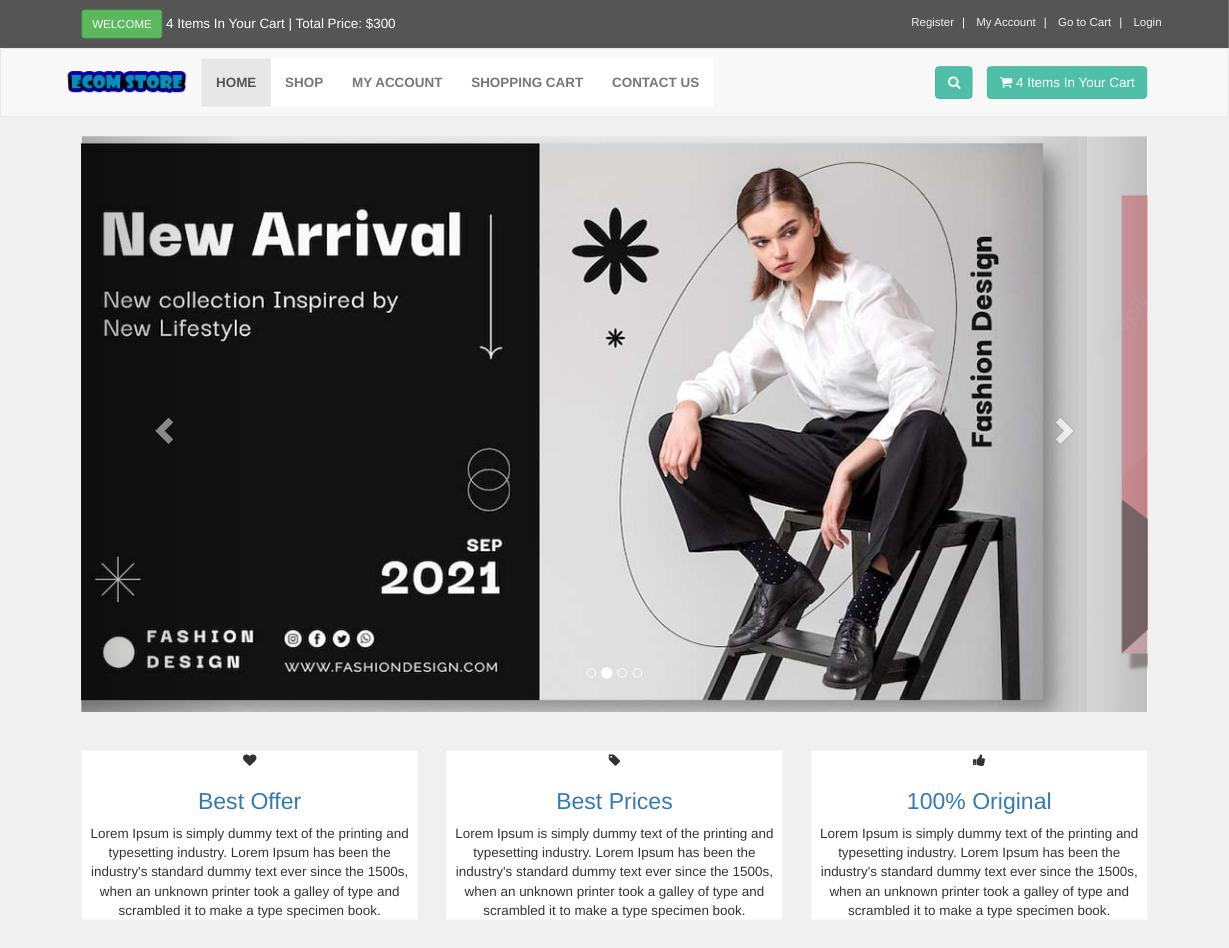
Repository: truonghuynhquy/M_Dev_Store
Page: http://localhost/
These files come from the project's save history. The page is drawn as it stood at one moment and after the next save; the edit follows.
The browser window is 1280 px wide. The pictures show the whole page, at 96% of full size.
The page is run by PHP 8.4 with error messages shown; the project is at /var/www/html/.

Above is the page before, as saved 2022-09-22 12:41:22.

After the next save:
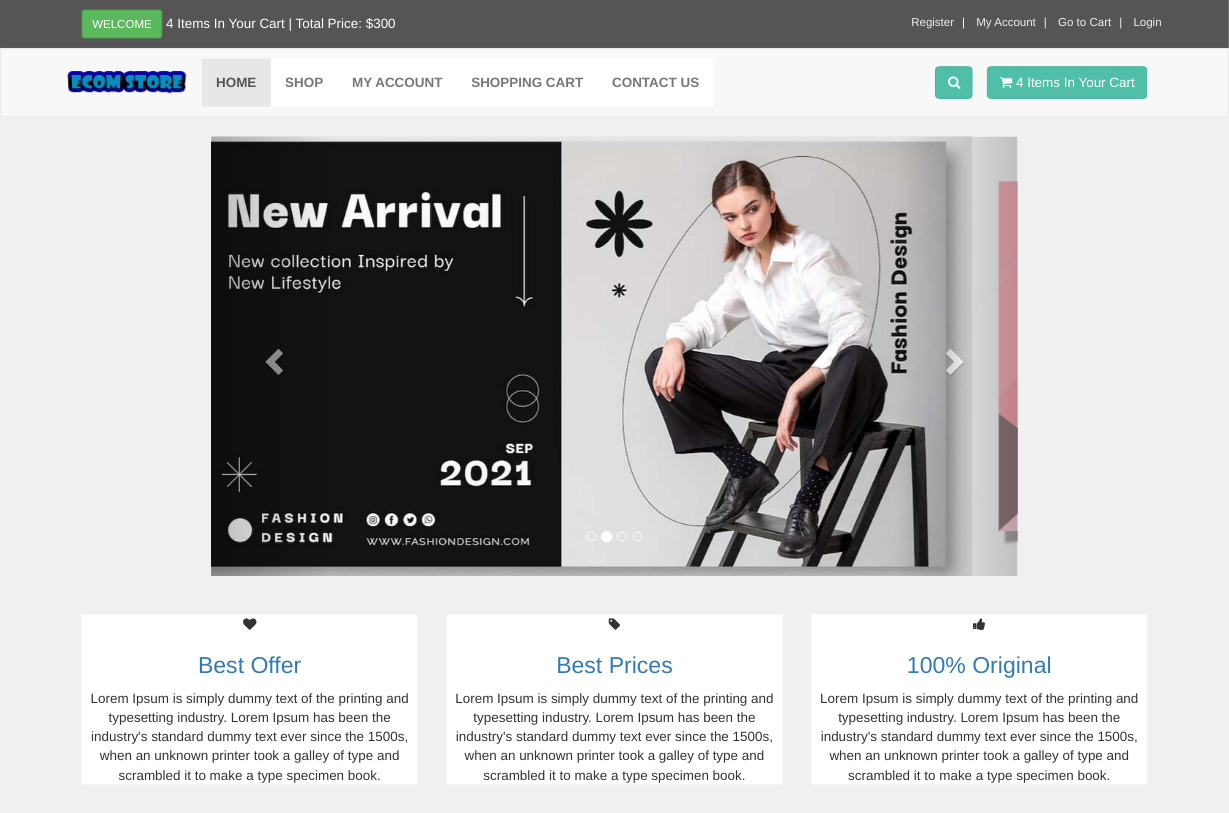
Saved 41 s later.
--- a/styles/style.css
+++ b/styles/style.css
@@ -120,6 +120,7 @@
 
 #slider{
     margin-bottom: 40px;
+    width: 900px;
 }
 
 /* advantages Styles */

After the save that followed:
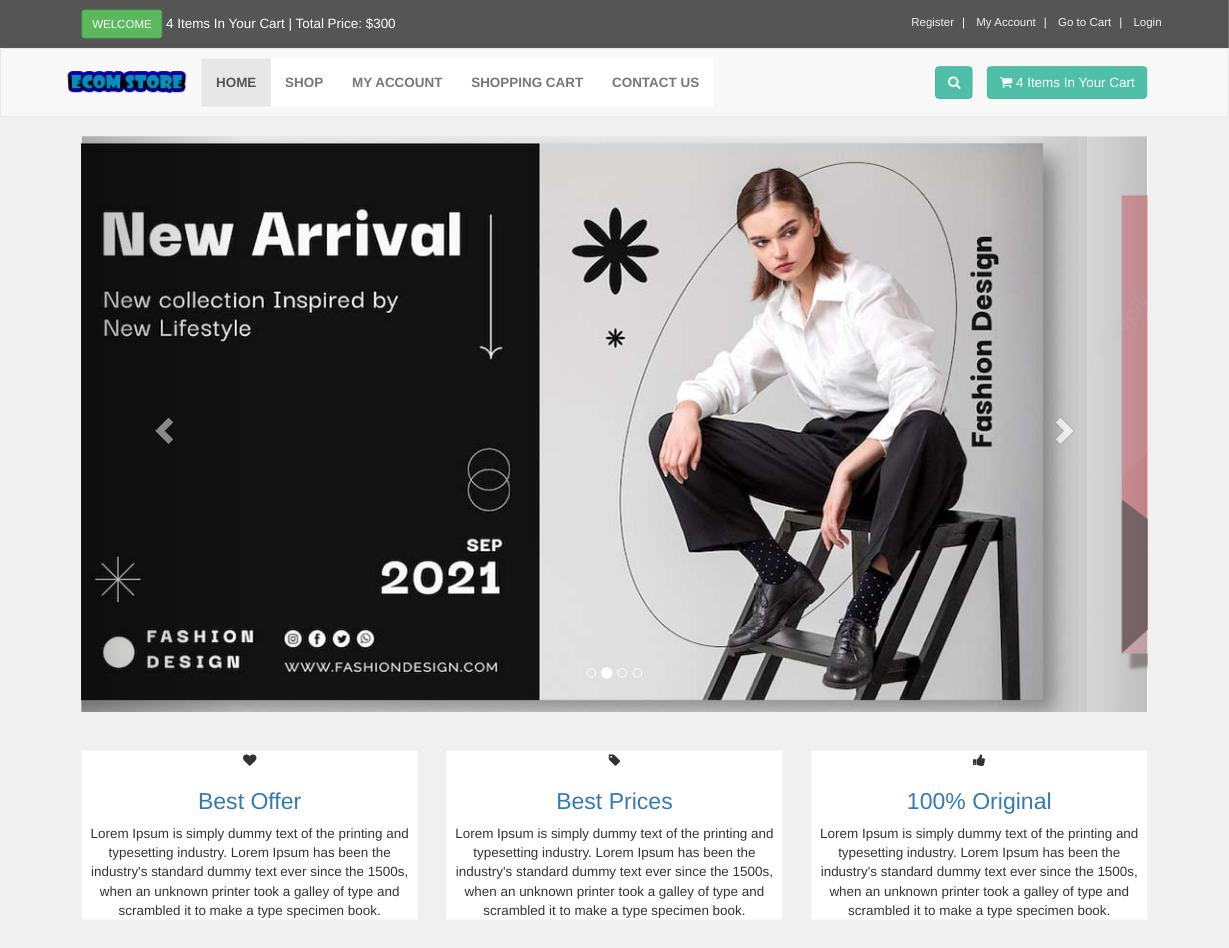
Saved 21 s later.
--- a/styles/style.css
+++ b/styles/style.css
@@ -120,7 +120,6 @@
 
 #slider{
     margin-bottom: 40px;
-    width: 900px;
 }
 
 /* advantages Styles */
